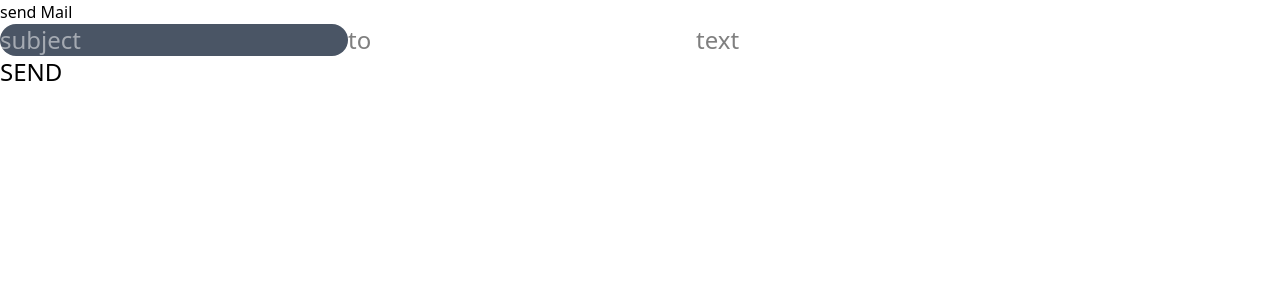
Repository: ridhukhan/sendmail
Page: / (app in Frontend/)
These files come from the project's save history. The page is drawn as it stood at one moment and after the next save; the edit follows.
The browser window is 1280 px wide. The pictures show the whole page.
The project was rebuilt for these pictures with package versions that can differ from the ones it lists, and the page was loaded fresh each time.

Above is the page before, as saved 2026-02-10 14:53:43.

After the next save:
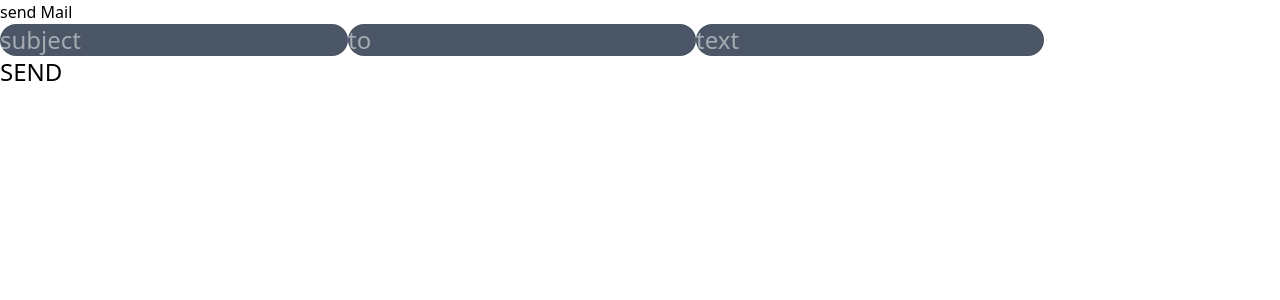
Saved 41 s later.
--- a/Frontend/src/App.jsx
+++ b/Frontend/src/App.jsx
@@ -8,8 +8,8 @@ function App() {
 <input type="text" name="" id="" placeholder='subject' className="bg-gray-600 text-white border-amber-50 rounded-2xl"/>
 
 
-<input type="email" name="" id="" placeholder='to' />
-<input type="text" name="" id="" placeholder='text'/><br />
+<input type="email" name="" id="" placeholder='to' className="bg-gray-600 text-white border-amber-50 rounded-2xl" />
+<input type="text" name="" id="" placeholder='text' className="bg-gray-600 text-white border-amber-50 rounded-2xl"/><br />
 <button>SEND</button>
     </form>
        </>
